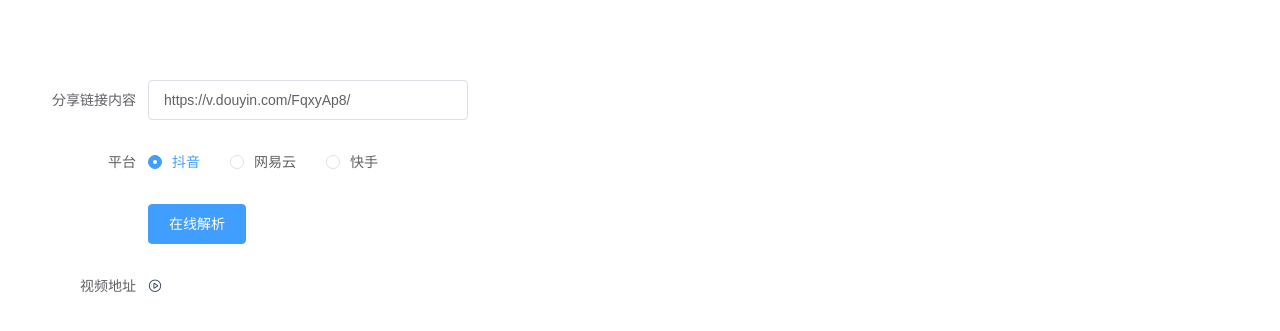
Repository: lyln/freepd
Page: / (app in frontend/freepd/)
The author's editor kept a copy of each file at every save. The page is drawn from the files as they stood at one save, then again after the next save.
The browser window is 1280 px wide. The pictures show the whole page.
The project was rebuilt for these pictures with package versions that can differ from the ones it lists, and the page was loaded fresh each time.

Above is the page before, as saved 2022-05-24 09:06:47.

After the next save:
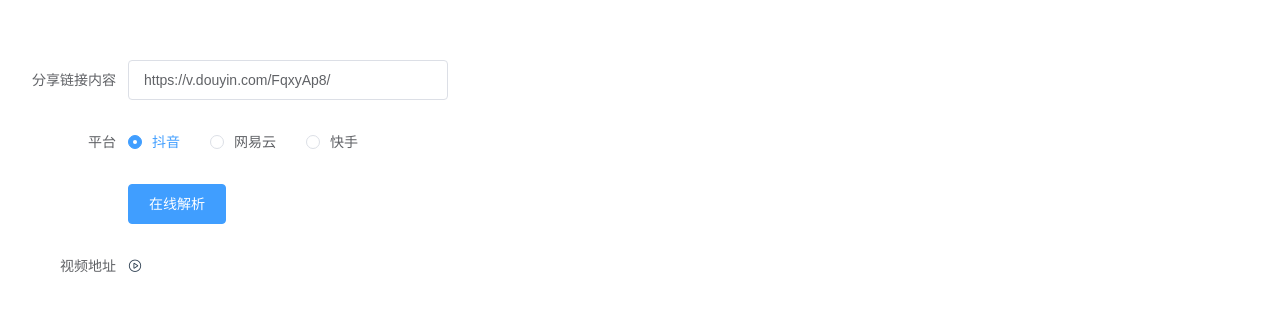
Saved 48 s later.
--- a/frontend/freepd/src/components/HelloWorld.vue
+++ b/frontend/freepd/src/components/HelloWorld.vue
@@ -1,34 +1,34 @@
 <template>
 	<el-container>
-		<el-main style="wide: 80%">
-			<el-row>
-				<el-col :span="24">
-					<div style="text-align: center">
+		<!-- <el-main style="wide: 80%"> -->
+		<el-row>
+			<el-col :span="24">
+				<div style="text-align: center">
 
-						<el-form ref="form" :model="form" label-width="120px" class="fpd-form">
-							<el-form-item label="分享链接内容">
-								<el-input v-model="form.url"></el-input>
-							</el-form-item>
-							<el-form-item label="平台" label-width="120px">
-								<el-radio-group v-model="form.type">
-									<el-radio :label="1">抖音</el-radio>
-									<el-radio :label="2">网易云</el-radio>
-									<el-radio :label="3">快手</el-radio>
-								</el-radio-group>
-							</el-form-item>
-							<el-form-item>
-								<el-button type="primary" @click="onSubmit">在线解析</el-button>
-							</el-form-item>
-							<el-form-item label="视频地址">
-								<i class="el-icon-video-play"></i>
-								<el-link :href="data.video.play" target="_blank">{{ data.title }}</el-link>
-								<!-- {{data.video.play }} -->
-							</el-form-item>
-						</el-form>
-					</div>
-				</el-col>
-			</el-row>
-		</el-main>
+					<el-form ref="form" :model="form" label-width="120px" class="fpd-form">
+						<el-form-item label="分享链接内容">
+							<el-input v-model="form.url"></el-input>
+						</el-form-item>
+						<el-form-item label="平台" label-width="120px">
+							<el-radio-group v-model="form.type">
+								<el-radio :label="1">抖音</el-radio>
+								<el-radio :label="2">网易云</el-radio>
+								<el-radio :label="3">快手</el-radio>
+							</el-radio-group>
+						</el-form-item>
+						<el-form-item>
+							<el-button type="primary" @click="onSubmit">在线解析</el-button>
+						</el-form-item>
+						<el-form-item label="视频地址">
+							<i class="el-icon-video-play"></i>
+							<el-link :href="data.video.play" target="_blank">{{ data.title }}</el-link>
+							<!-- {{data.video.play }} -->
+						</el-form-item>
+					</el-form>
+				</div>
+			</el-col>
+		</el-row>
+		<!-- </el-main> -->
 	</el-container>
 
 </template>
